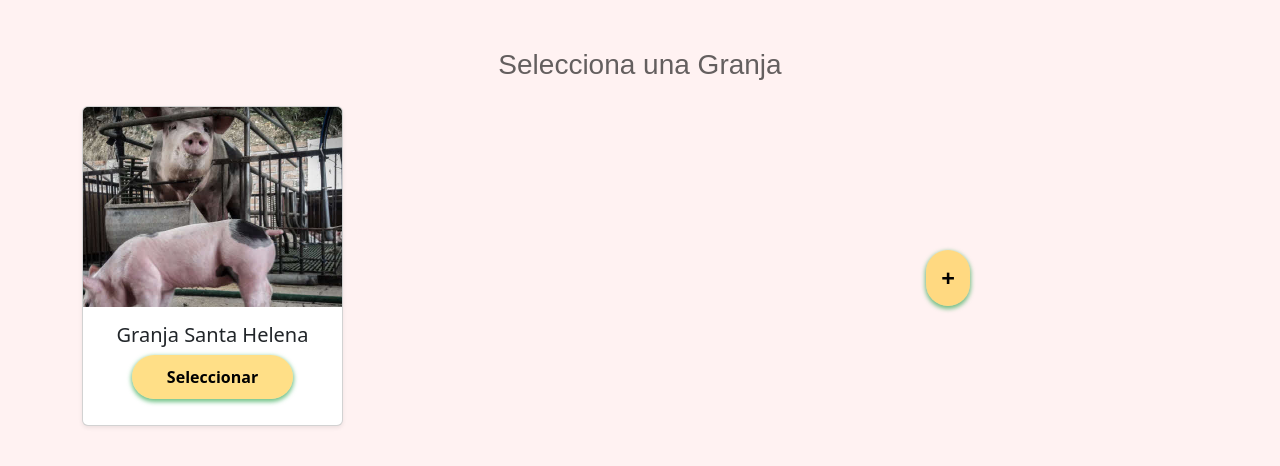
Repository: Mateojimenezz/Granja-Santa-Helena
Page: seleccionarGranja.html
An editor plug-in stored every save of this project. The page is shown before and after the next save, followed by the edit.
The browser window is 1280 px wide. The pictures show the whole page.
Some web fonts or font styles are not loaded; a fallback is used.

Above is the page before, as saved 2025-05-13 11:05:25.

### seleccionarGranja.html
<!DOCTYPE html>
<html lang="es">
<head>
    <meta charset="UTF-8">
    <meta name="viewport" content="width=device-width, initial-scale=1.0">
    <title>La Granja</title>
    <link href="https://cdn.jsdelivr.net/npm/bootstrap@5.3.3/dist/css/bootstrap.min.css" rel="stylesheet" integrity="sha384-QWTKZyjpPEjISv5WaRU9OFeRpok6YctnYmDr5pNlyT2bRjXh0JMhjY6hW+ALEwIH" crossorigin="anonymous">

    <link rel="stylesheet" href="./assets/css/seleccionarGranja.css">
    <link rel="stylesheet" href="https://cdn.jsdelivr.net/npm/bootstrap-icons@1.11.3/font/bootstrap-icons.min.css">
    <link href="https://fonts.googleapis.com/css2?family=Calistoga&display=swap" rel="stylesheet">

  </head>
<body>
    <div class="container mt-5">
        <h3 class="text-center mb-4">Selecciona una Granja</h3>

        <div class="row g-4" id="granjas-list">
            <!-- Primera granja fija -->
            <div class="col-md-3 " id="granjas-container">
                <div class="card shadow-sm">
                    <img src="./assets/img/granja2.jpg" class="card-img-top" alt="Santa Helena">
                    <div class="card-body text-center">
                        <h5 class="card-title">Granja Santa Helena</h5>
                        <button class="btn btn-form" onclick="seleccionarGranja('Santa Helena')">Seleccionar</button>
                    </div>
                </div>
            </div>

            <!-- Aquí se agregarán las granjas dinámicamente -->
        </div>

        <!-- Botón para ir a la página de agregar nueva granja -->
        <div class="text-center mt-4">
            <a href="agregarGranja.html" id="agregar-granja" class="btn btn-form"> + </a>
        </div>
    </div>






  <!-- bootstrap JS -->
  <script src="https://cdn.jsdelivr.net/npm/bootstrap@5.3.3/dist/js/bootstrap.bundle.min.js" integrity="sha384-YvpcrYf0tY3lHB60NNkmXc5s9fDVZLESaAA55NDzOxhy9GkcIdslK1eN7N6jIeHz" crossorigin="anonymous"></script>
  <script src="./assets/js/seleccionarGranja.js"></script>




</body>

</html>

### assets/css/seleccionarGranja.css

@import "./variables.css";
body{
    background-color: var( --color-FondoDiv2);
}
.container h3 {
    text-align: center;
    margin-bottom: 20px;
    color: var(--color-TextoMenuLateral);
    font-family: var(--font-principal);
}
.granja-card {
    width: 150px;
    margin: 10px;
    padding: 10px;
    border: 1px solid #ccc;
    border-radius: 8px;
    text-align: center;
    box-shadow: 2px 2px 10px rgba(0,0,0,0.2);
}



.granja-card button {
    margin-top: 10px;
    background-color: #007bff;
    color: white;
    border: none;
    padding: 5px 10px;
    cursor: pointer;
    border-radius: 5px;
}
.card-img-top {
    width: 100%;
    height: 200px; /* Ajusta según el diseño */
    object-fit: cover; /* Recorta la imagen para que se ajuste sin deformarse */

}
.btn-form{
    background-color: var(  --color-Botones);
    padding: 10px 35px;
    margin-bottom: 10px;
    border: none;
    border-radius: 30px;
    color: black;
    font-weight: bold;
    box-shadow: 0 2px 4px 1px  rgba(25, 157, 60, 0.6) /* Sombra verde */

  }
  .btn-form:hover {
    background-color: #f4cf50; /* Tonalidad más oscura */
    color: black;
  }
  .btn-form:active {
    background-color:var(--color-principal)!important;
    color: white !important;
    box-shadow: none !important;
  }

#granjas-container {
    position: relative; /* Habilita posicionamiento dentro del contenedor */
    display: flex;

}

#agregar-granja {
    position: absolute;
    top: 250px; /* Ajusta la distancia desde arriba */
    right: 310px; /* Ajusta la distancia desde la derecha */
    z-index: 10; /* Asegura que el botón esté por encima de otros elementos */
    padding: 10px 15px;
    font-size: 24px;
}

### assets/js/seleccionarGranja.js
// ✅ Mostrar vista previa de imagen antes de guardarla
document.getElementById("imagen")?.addEventListener("change", function(event) {
    const file = event.target.files[0];
    const reader = new FileReader();

    reader.onload = function() {
        document.getElementById("preview").src = reader.result;
        document.getElementById("preview").style.display = "block";
    };

    if (file) {
        reader.readAsDataURL(file);
    }
});

// ✅ Guardar nueva granja y redirigir a `seleccionarGranja.html`
document.getElementById("form-granja")?.addEventListener("submit", function(event) {
    event.preventDefault();

    const nombreGranja = document.getElementById("nombre").value;
    const urlImagen = document.getElementById("preview").src;

    if (nombreGranja && urlImagen) {
        let granjas = JSON.parse(localStorage.getItem("granjas")) || [];
        granjas.push({ nombre: nombreGranja, imagen: urlImagen });
        localStorage.setItem("granjas", JSON.stringify(granjas));

        alert("Granja agregada correctamente!");

        window.location.href = "seleccionarGranja.html"; // Redirigir
    }
});

// ✅ Cargar las granjas guardadas en `seleccionarGranja.html`
document.addEventListener("DOMContentLoaded", function() {
    const listaGranjas = document.getElementById("granjas-list");
    let granjas = JSON.parse(localStorage.getItem("granjas")) || [];

    if (granjas.length === 0) {
        console.warn("No hay granjas en el localStorage.");
    }

    granjas.forEach(granja => {
        const nuevaGranja = document.createElement("div");
        nuevaGranja.classList.add("col-md-3");

        nuevaGranja.innerHTML = `
            <div class="card shadow-sm">
                <img src="${granja.imagen}" class="card-img-top" alt="Imagen de ${granja.nombre}">
                <div class="card-body text-center">
                    <h5 class="card-title">${granja.nombre}</h5>
                    <button class="btn btn-form" onclick="seleccionarGranja('${granja.nombre}')">Seleccionar</button>
                </div>
            </div>
        `;

        listaGranjas.appendChild(nuevaGranja);
    });
});

function seleccionarGranja(nombre) {
    alert(`Has seleccionado la granja: ${nombre}`);
    localStorage.setItem("granjaSeleccionada", nombre);
    window.location.href = "dashboard.html"; // Redirigir a la vista de la granja
}

// ✅ Guardar la granja seleccionada y redirigir a `inicio.html`
function seleccionarGranja(nombre) {
    localStorage.setItem("granjaSeleccionada", nombre);
    window.location.href = "paginaDeInicio.html"; // Redirigir a la página principal
}

### assets/css/variables.css
/* variables.css */
:root {
    --color-principal: #1CAD48 ;
    --color-Botones: rgba(255, 187, 0, 0.47);
    --color-texto: white;
    --color-fondo: #f5f5f5;
    --font-principal: 'calistoga','arial';
    --color-fondoDiv: #F8E91C;
    --color-FondoDiv2:#FFF2F2;
    --color-Footter: #D9D9D9;
    --letra-gris: #B0B0B7;
    --color-menu-lateral:#BDEAAD;
    --color-TextoMenuLateral:#645f5f; /* Color de texto del menú lateral */
    --fondo-formularios:#FFFFFF; /* Color de fondo de los formularios */
  }

After the next save:
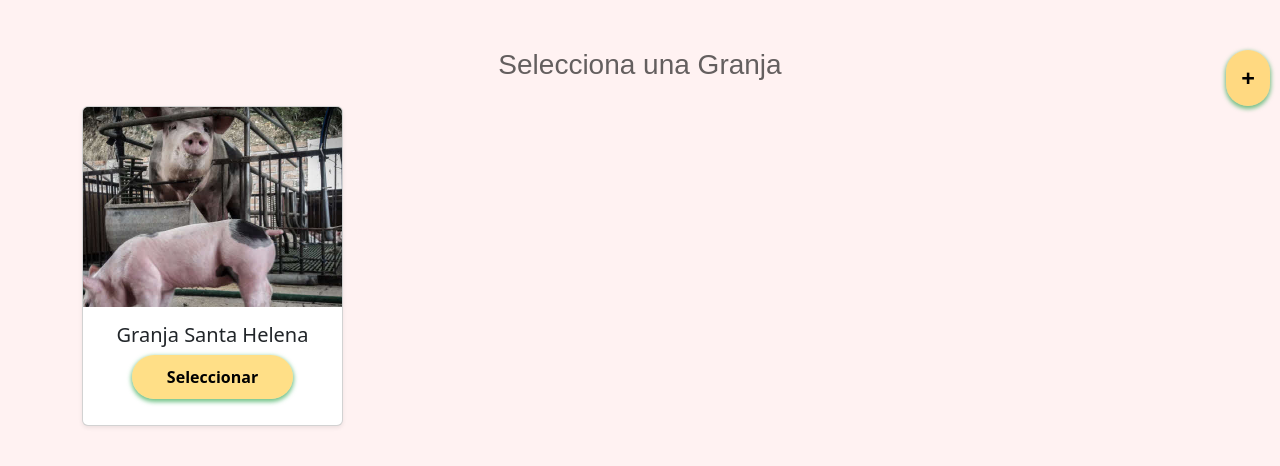
Saved 7 s later.
--- a/assets/css/seleccionarGranja.css
+++ b/assets/css/seleccionarGranja.css
@@ -65,8 +65,8 @@ body{
 
 #agregar-granja {
     position: absolute;
-    top: 250px; /* Ajusta la distancia desde arriba */
-    right: 310px; /* Ajusta la distancia desde la derecha */
+    top: 50px; /* Ajusta la distancia desde arriba */
+    right: 10px; /* Ajusta la distancia desde la derecha */
     z-index: 10; /* Asegura que el botón esté por encima de otros elementos */
     padding: 10px 15px;
     font-size: 24px;
